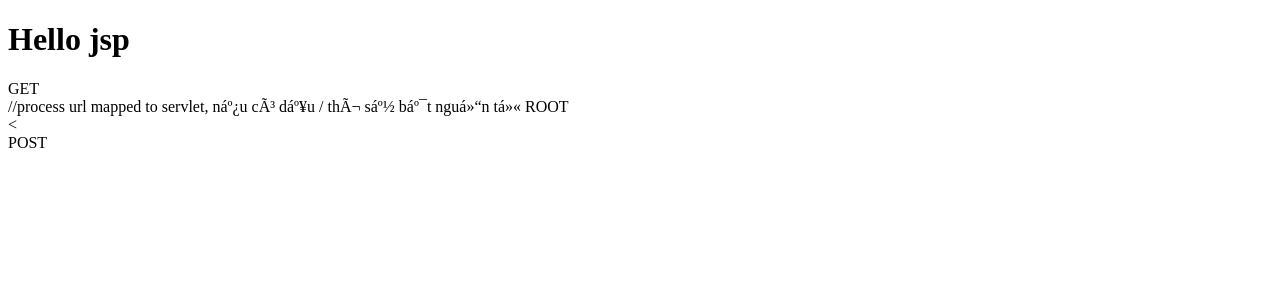
Repository: Vipper105/Restaurant_project
Page: webShop/WebContent/index.html
The author's editor kept a copy of each file at every save. The page is drawn from the files as they stood at one save, then again after the next save.
The browser window is 1280 px wide. The pictures show the whole page.

Above is the page before, as saved 2020-08-10 09:17:25.

### webShop/WebContent/index.html
<!DOCTYPE html>
<html>
<head>
<meta charset="ISO-8859-1">
<title>Req & Res demo</title>
</head>
<body>

<h1>Hello jsp</h1>

<div>
	GET <br/>
	//process url mapped to servlet, nếu có dấu / thì sẽ bắt nguồn từ ROOT
	<form method="get" action="/login"><</form>
</div>
	POST<br/>
	<form method="post" action="login2"></form>

</body>
</html>

After the next save:
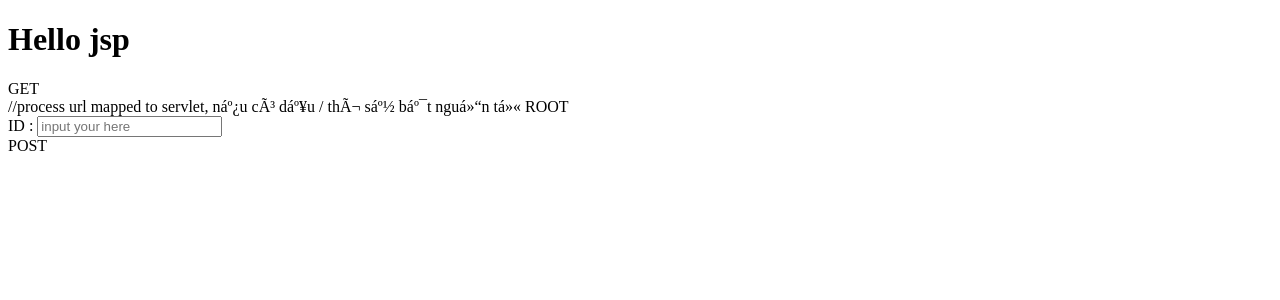
Saved 40 s later.
--- a/webShop/WebContent/index.html
+++ b/webShop/WebContent/index.html
@@ -11,7 +11,9 @@
 <div>
 	GET <br/>
 	//process url mapped to servlet, nếu có dấu / thì sẽ bắt nguồn từ ROOT
-	<form method="get" action="/login"><</form>
+	<form method="get" action="/login">
+		ID : <input type="text" name="uname" placeholder="input your here"
+	</form>
 </div>
 	POST<br/>
 	<form method="post" action="login2"></form>
